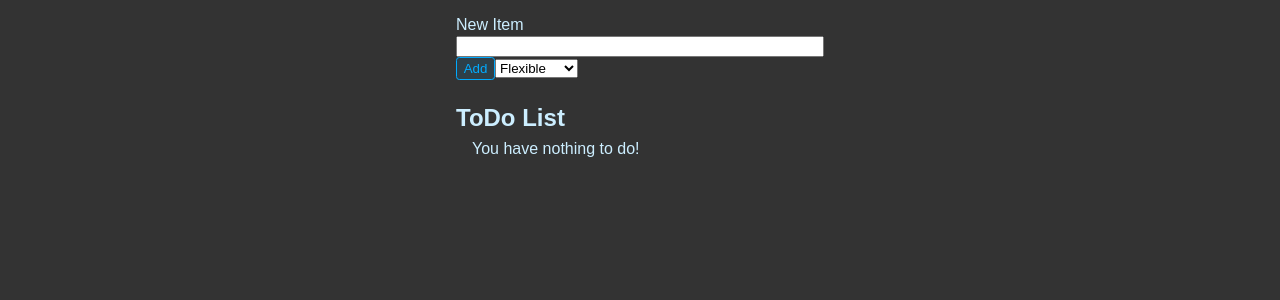
Repository: kemsig/CSFE24
Page: / (app in Week3- Todo/)
An editor plug-in stored every save of this project. The page is shown before and after the next save, followed by the edit.
The browser window is 1280 px wide. The pictures show the whole page.
The project was rebuilt for these pictures with package versions that can differ from the ones it lists, and the page was loaded fresh each time. Also part of the build but not shown: Week3- Todo/vite.config.js.

Above is the page before, as saved 2024-03-07 23:05:56.

### Week3- Todo/src/App.jsx
import { useEffect, useState } from "react"
import "./styles.css"

export default function App(){
  const priority = ["CRITICAL", "Standard", "Flexible"]
  const [newItem, setNewItem] =  useState("")
  const [todos, setTodos] = useState(() => {
    const localValue = localStorage.getItem("ITEMS")
    if (localValue === null) return []
    return JSON.parse(localValue)
  })

  useEffect(() => {
    localStorage.setItem("ITEMS", JSON.stringify(todos))
  }, [todos])

  function handleSubmit(e){
    e.preventDefault()

    setTodos((currentTodos) => {
      return[
        ...currentTodos,
        {id: crypto.randomUUID(), title: newItem, completed: false},
      ]

    })
  }

  function toggleTodo(id, completed){
    setTodos(currentTodos => {
      return currentTodos.map(todo =>{
        if (todo.id === id){
          return { ...todo, completed}
        }
        return todo
      })
    })
  }

  function deleteTodo(id){
    setTodos(currentTodos =>{
      return currentTodos.filter(todo => todo.id !== id)
    })
  }

  return (
  <>
  <form
    onSubmit={handleSubmit}
    className="item-form"
  >
    <div className="form-row">
      <label htmlFor="item">New Item</label>
      <input
        value={newItem}
        onChange={e => setNewItem(e.target.value)}
        type="text"
        id="item"
      />
    </div>
    <button className="btn">Add</button>
    <select className="prioSel">
      <option value={priority[2]}>{priority[2]}</option>
      <option value={priority[1]}>{priority[1]}</option>
      <option value={priority[0]}>{priority[0]}</option>
    </select>
  </form>

  <h1 className="header">ToDo List</h1>
  <u1 className="list">
    {todos.length === 0 && "You have nothing to do!"}
    {todos.map(todo => {
      return (
        <li key={todo.id}>
          <d1>{priority[0]}</d1>
          <label>
            <input type="checkbox" checked={todo.completed}
              onChange={e => toggleTodo(todo.id, e.target.checked)}/>
            {todo.title}
          </label>

          <button onClick={() => deleteTodo(todo.id)} className="btn btn-danger">Delete</button>
        </li>

      )
    })}

  </u1>
  </>
)
}

Loaded but not shown: Week3- Todo/index.html (common file); Week3- Todo/src/main.jsx (common file); Week3- Todo/src/styles.css (common file)

After the next save:
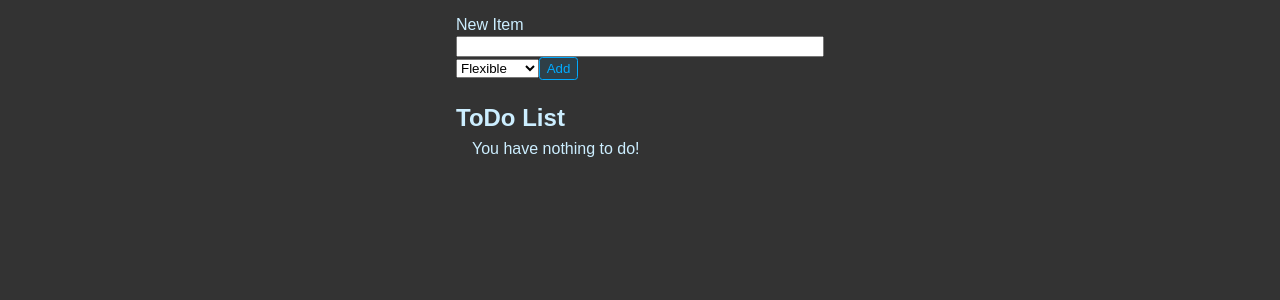
Saved 2 min 41 s later.
--- a/Week3- Todo/src/App.jsx
+++ b/Week3- Todo/src/App.jsx
@@ -58,12 +58,12 @@ export default function App(){
         id="item"
       />
     </div>
-    <button className="btn">Add</button>
     <select className="prioSel">
       <option value={priority[2]}>{priority[2]}</option>
       <option value={priority[1]}>{priority[1]}</option>
       <option value={priority[0]}>{priority[0]}</option>
     </select>
+    <button className="btn">Add</button>
   </form>
 
   <h1 className="header">ToDo List</h1>
